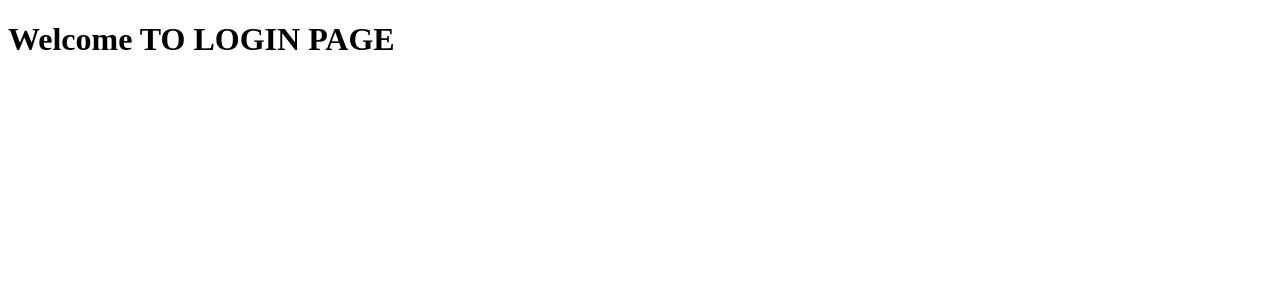
Repository: rohollah-naghipour/Login-form
Page: http://localhost/login/
These files come from the project's save history. The page is drawn as it stood at one moment and after the next save; the edit follows.
The browser window is 1280 px wide. The pictures show the whole page.
The page is served by the project's application, run on Django 5.2 (manage.py).

Above is the page before, as saved 2024-12-07 12:43:58.

After the next save:
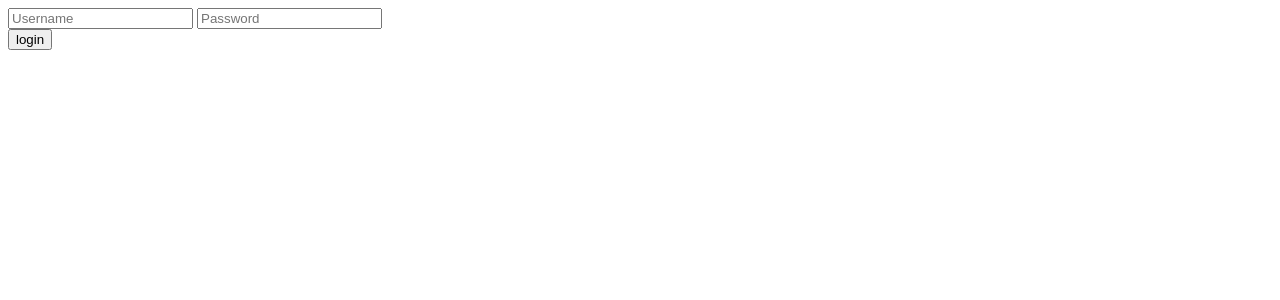
Saved 84 s later.
--- a/users/templates/login.html
+++ b/users/templates/login.html
@@ -1,12 +1,20 @@
-<!DOCTYPE html>
+
+
+
 <html>
-    <title>Page Title</title>
-
-        <body>
-
-                <h1>
-                    Welcome TO LOGIN PAGE
-                </h1>
-
-        </body>
+	<body>
+			<form class="login-form" method="POST" action=" ">
+			{% csrf_token %}
+			<div class="form-group">
+				<input class="login-input" type="text" id="username" name="username" placeholder="Username" required>
+				<input class="login-input" type="password" id="password" name="password" placeholder="Password" required>
+			</div>
+			<div class="options-login">
+				<div class="nav-login">
+				</div>
+				<button class="submit-button" type="submit">login</button>
+			</div>
+			</form>
+		</div>
+	</body>
 </html>
